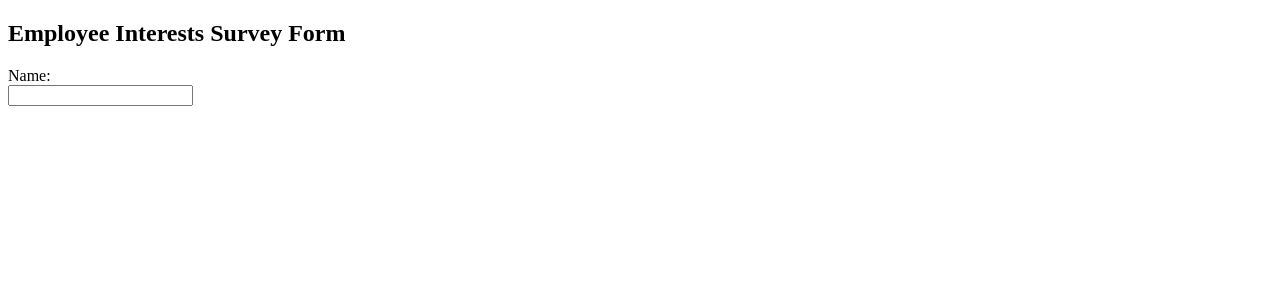
Repository: JoaoLemesDEV/Exercise-Survey-Form
Page: index.html
These files come from the project's save history. The page is drawn as it stood at one moment and after a run of saves; the edit follows.
The browser window is 1280 px wide. The pictures show the whole page.

Above is the page before, as saved 2021-10-10 18:17:49.

### index.html
<!DOCTYPE html>
<html lang="en">
<head>
  <meta charset="UTF-8">
  <meta http-equiv="X-UA-Compatible" content="IE=edge">
  <meta name="viewport" content="width=device-width, initial-scale=1.0">
  <title>Survey Form</title>
</head>
<body>
  <h2>Employee Interests Survey Form</h2>
  <label for="name">Name: </label><br>
  <input type="text" name="name" id="">


</body>
</html>

After the next 4 saves:
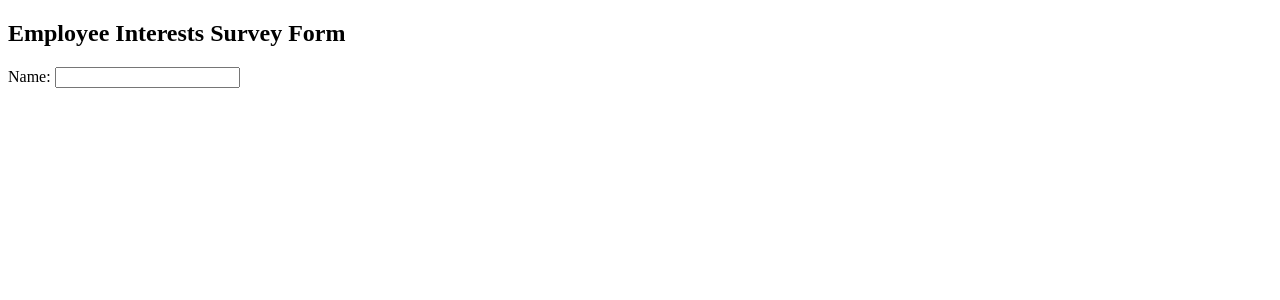
The 4 saves are shown as one change because they came seconds apart.
The last was saved 14 s later.
--- a/index.html
+++ b/index.html
@@ -8,8 +8,9 @@
 </head>
 <body>
   <h2>Employee Interests Survey Form</h2>
-  <label for="name">Name: </label><br>
+  <label for="name">Name: </label>
   <input type="text" name="name" id="">
+  <label for="dep"></label>
 
 
 </body>
